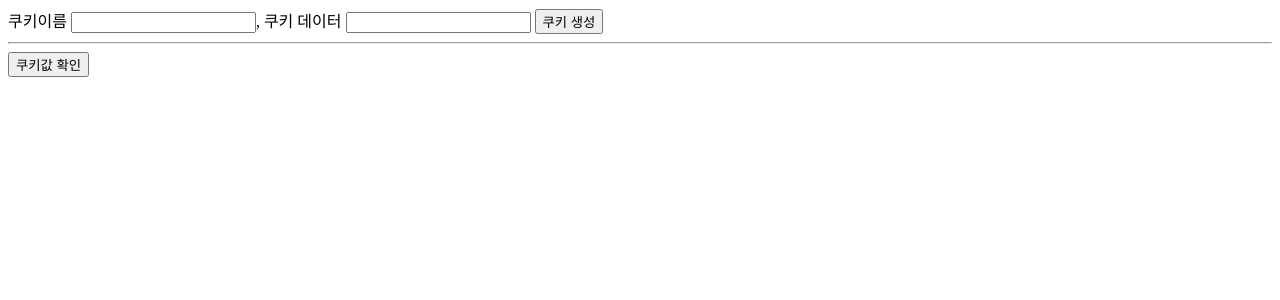
Repository: hhw9797/bitcampjn201904
Page: http://localhost/FirstWeb/cookie/viewCookiejs.jsp
An editor plug-in stored every save of this project. The page is shown before and after the next save, followed by the edit.
The browser window is 1280 px wide. The pictures show the whole page.
The page is served by Tomcat 9. Other server files are loaded and not shown.

Above is the page before, as saved 2019-06-25 06:46:17.
Console error: SyntaxError: Unexpected end of input

### html/html5/jsp/FirstWeb/WebContent/cookie/viewCookiejs.jsp
<%@ page language="java" contentType="text/html; charset=UTF-8"
	pageEncoding="UTF-8"%>
<!DOCTYPE html>
<html>
<head>
<meta charset="UTF-8">
<title>Insert title here</title>
<script src="https://code.jquery.com/jquery-1.12.4.js"></script>
<style>
</style>
</head>
<body>

	쿠키이름
	<input type="text" id="cName">, 쿠키 데이터
	<input type="text" id="cValue">
	<input type="button" id="createCookie" value="쿠키 생성">
	<hr>
	<input type="button" id="viewCookie" value="쿠키값 확인">
	<div id="view"></div>

	<script>

	$(document).ready(function(){

		var name = 'name';

		$('#createCookie').click(function(){

			var cName = $('#cName').val();
			var cValue = $('#cValue').val();

			setCookie(cName, nValue, 1);



		var setCookie = function(name, value, day){
			var date = new Date();
			date.setTime(date.getTime() + day*60*60*24*1000);
			document.cookie = name + '=' + value
			+ ';expires=' + date.toUTCString()
			+ ';path=/';
		};


		$('#viewCookie').click(function(){

			name = $('#cName').val();

			var value = document.cookie.match('(^|;) ?' + name + '=([^;]*)(;|$)');

			value = value?value[2]:null;

			alert(value);

			$('#view').html('name='+value);
		});

	});

</script>

</body>
</html>

After the next save:
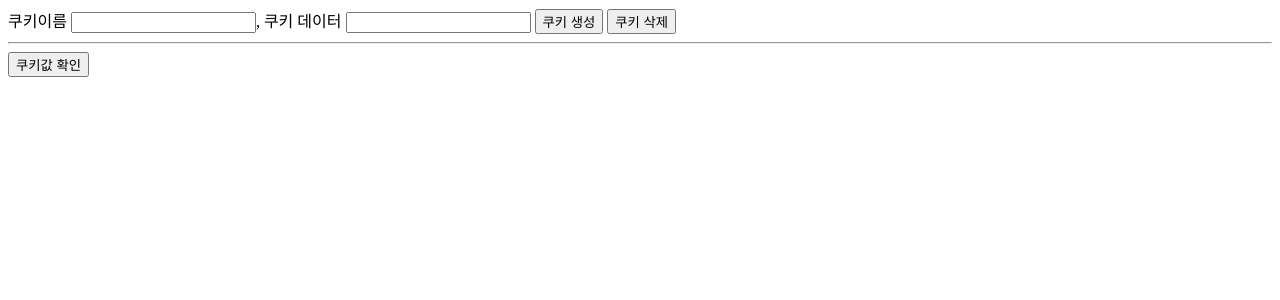
Saved 2 min 48 s later.
--- a/html/html5/jsp/FirstWeb/WebContent/cookie/viewCookiejs.jsp
+++ b/html/html5/jsp/FirstWeb/WebContent/cookie/viewCookiejs.jsp
@@ -15,6 +15,7 @@
 	<input type="text" id="cName">, 쿠키 데이터
 	<input type="text" id="cValue">
 	<input type="button" id="createCookie" value="쿠키 생성">
+	<input type="button" id="deleteCookie" value="쿠키 삭제">
 	<hr>
 	<input type="button" id="viewCookie" value="쿠키값 확인">
 	<div id="view"></div>
@@ -25,12 +26,18 @@
 
 		var name = 'name';
 
+		$('#deleteCookie').click(function(){
+			var cName = $('#cName').val();
+			deleteCookie(cName);
+		});
+
+
 		$('#createCookie').click(function(){
 
 			var cName = $('#cName').val();
 			var cValue = $('#cValue').val();
 
-			setCookie(cName, nValue, 1);
+			setCookie(cName, cValue, 1);
 
 
 
@@ -56,7 +63,7 @@
 			$('#view').html('name='+value);
 		});
 
-	});
+
 
 </script>
 
